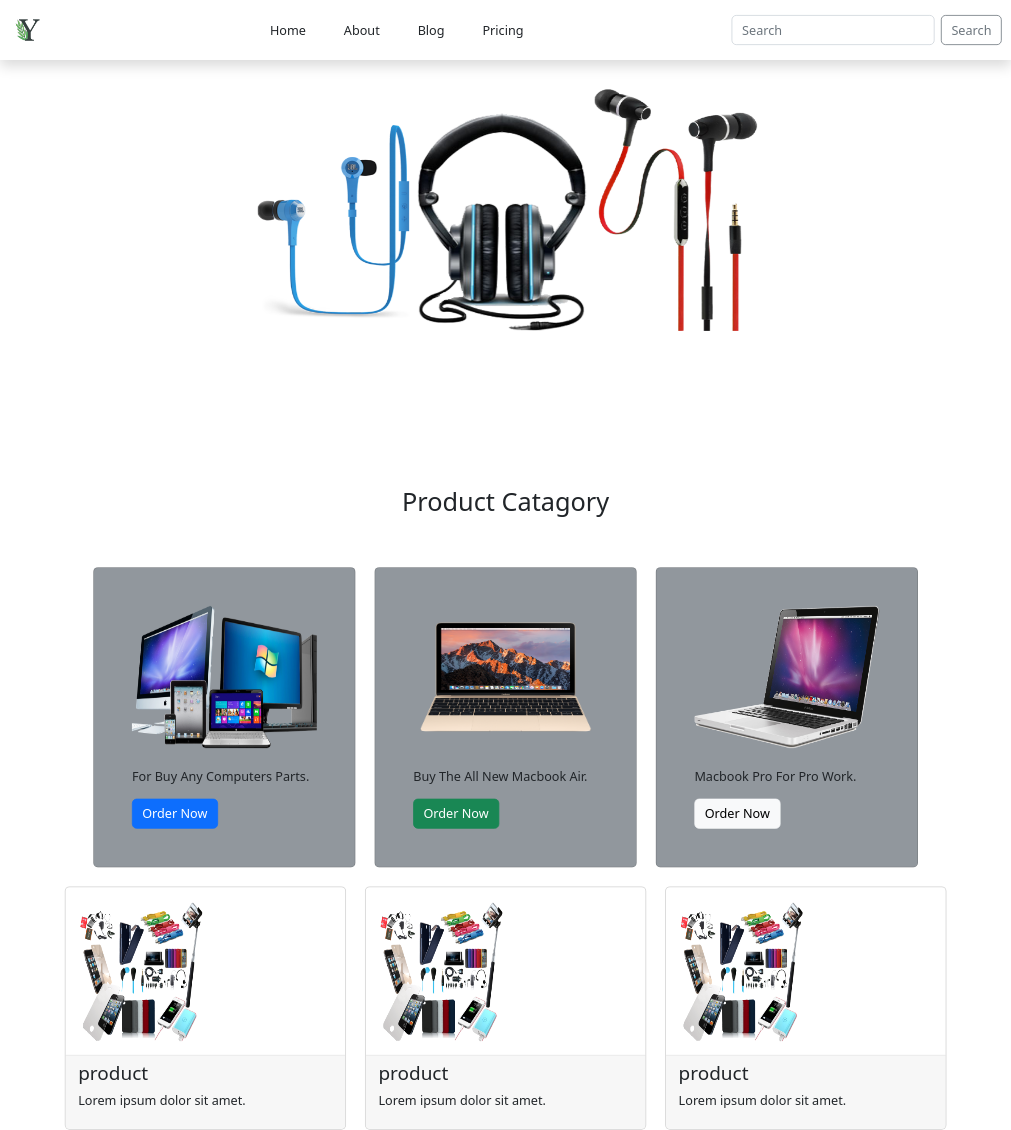
Repository: Mafuzurrahmanoli/E-Commerce-Website
Page: index.html
These files come from the project's save history. The page is drawn as it stood at one moment and after a run of saves; the edit follows.
The browser window is 1280 px wide. The pictures show the whole page, at 79% of full size.

Above is the page before, as saved 2023-09-16 11:55:29.

After the next 4 saves:
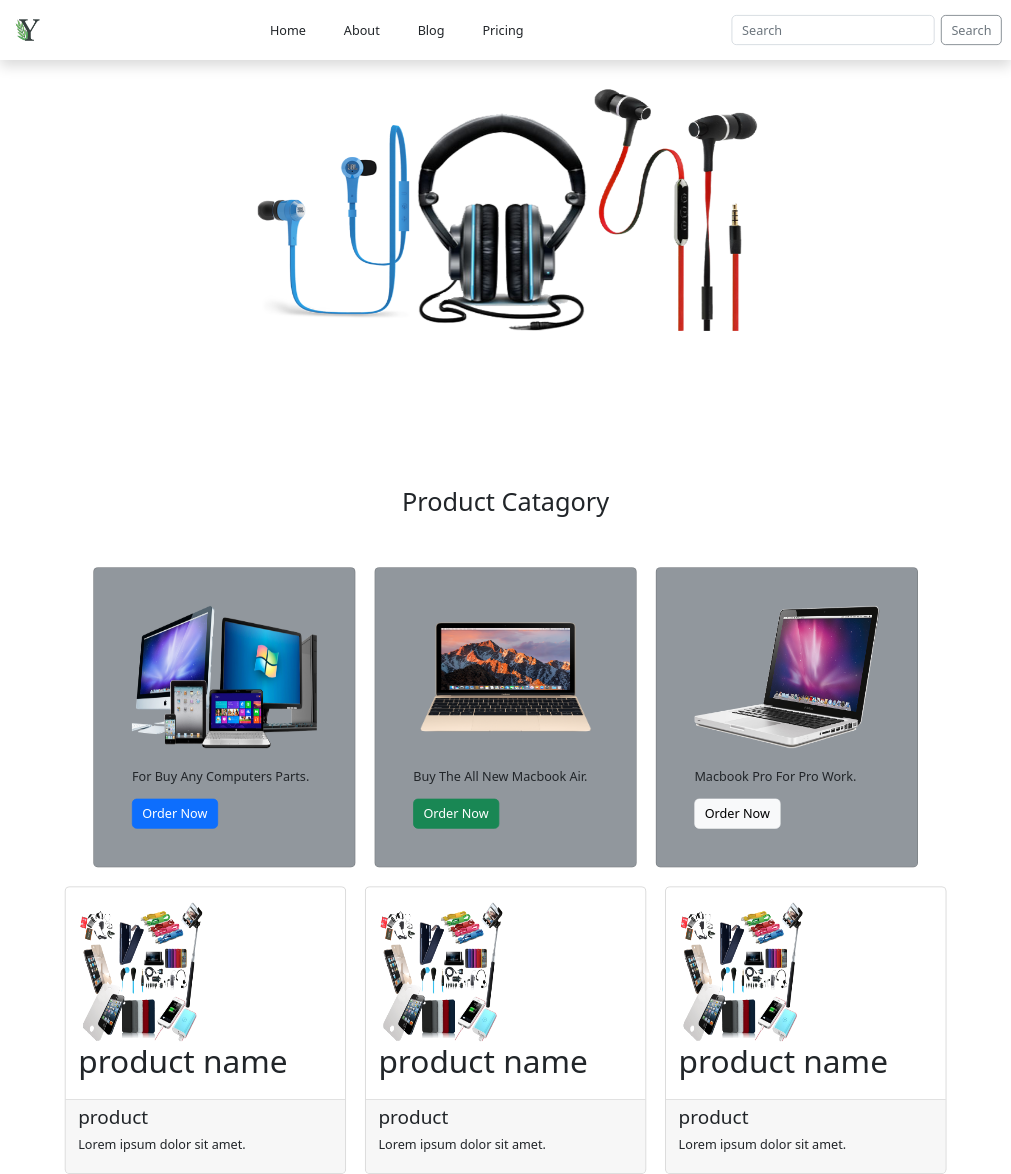
The 4 saves are shown as one change because they came seconds apart.
The last was saved 26 s later.
--- a/index.html
+++ b/index.html
@@ -131,6 +131,7 @@
           <div class="card">
             <div class="card-body">
               <img class="w-50" src="img/Mobile.png" alt="">
+              <h1>product name</h1>
             </div>
             <div class="card-footer">
               <h4>product</h4>
@@ -142,6 +143,7 @@
           <div class="card">
             <div class="card-body">
               <img class="w-50" src="img/Mobile.png" alt="">
+              <h1>product name</h1>
             </div>
             <div class="card-footer">
               <h4>product</h4>
@@ -153,6 +155,7 @@
           <div class="card">
             <div class="card-body">
               <img class="w-50" src="img/Mobile.png" alt="">
+              <h1>product name</h1>
             </div>
             <div class="card-footer">
               <h4>product</h4>
